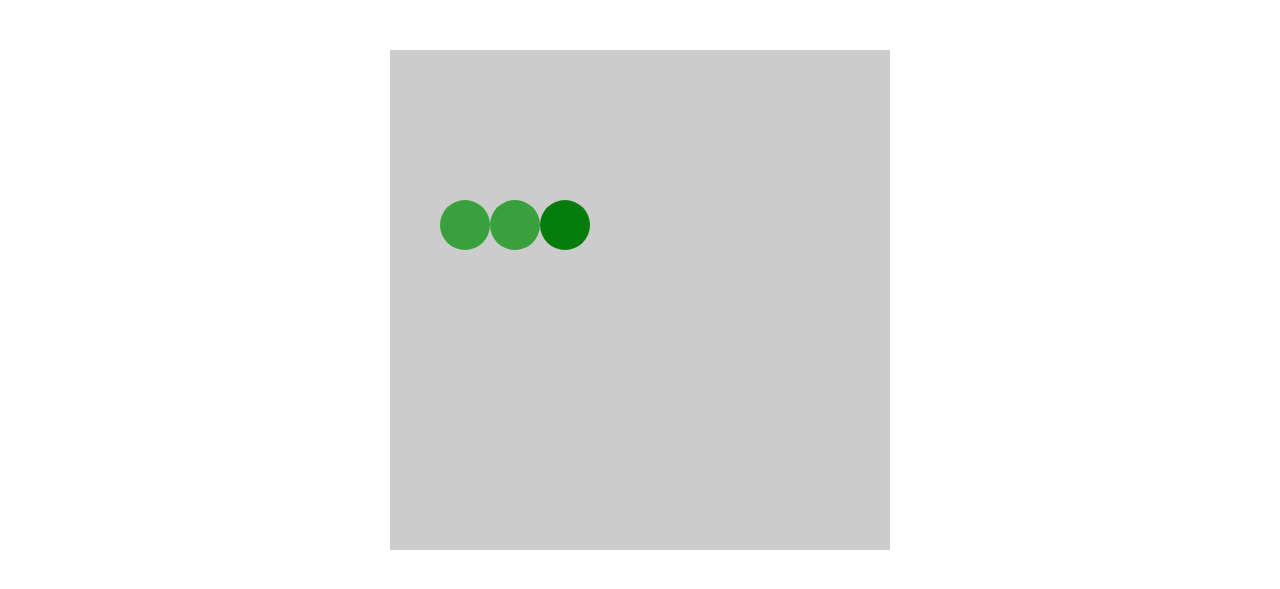
Repository: elvinyeka/SnakeGame
Page: index.html
An editor plug-in stored every save of this project. The page is shown before and after the next save, followed by the edit.
The browser window is 1280 px wide. The pictures show the whole page.

Above is the page before, as saved 2020-11-07 23:21:24.

### index.html
<!DOCTYPE html>
<html lang="en">
<head>
    <meta charset="UTF-8">
    <meta name="viewport" content="width=device-width, initial-scale=1.0">
    <link rel="stylesheet" href="css/style.css">
    <title>Snake Game</title>
</head>
<body>
    <script src="js/snake.js"></script>
</body>
</html>

### css/style.css
* {
    box-sizing: border-box;
}

body {
    margin: 50px;
}

.ground {
    width: 500px;
    height: 500px;
    margin: 0 auto;
    display: flex;
    flex-wrap: wrap;
    background-color: #cccccc;
}

.box{
    width:50px;
    height: 50px;
    padding:5px;
}

.snakeBody {
    background-color: #38a03d;
    background-size: cover;
    border-radius: 50%;
}

.snakeHead {
    background-color: #067c0c;
    background-size: cover;
}

### js/snake.js
var ground = document.createElement('div');
document.body.appendChild(ground);
ground.classList.add('ground');


for(var i=0; i < 101; i++) {
    var box = document.createElement('div');
    ground.appendChild(box);
    box.classList.add('box');

}

var box = document.getElementsByClassName('box');
var x = 1,
    y = 10;

for(var i=0; i< box.length; i++) {
    if(x>10) {
        x = 1;
        y--;
    }
    box[i].setAttribute('posX', x);
    box[i].setAttribute('posY', y);
    x++;
}


function generateSnake() {
    var posX = Math.round(Math.random() * (10 - 3) + 3);
    var posY = Math.round(Math.random() * (10 - 1) + 1);
    return [posX, posY];
}

var coordinates = generateSnake();
var snakeBody  = [document.querySelector('[posX = "' + coordinates[0] + '"][posY = "' + coordinates[1] + '"]'),
document.querySelector('[posX = "' + (coordinates[0] - 1) + '"][posY = "' + coordinates[1] + '"]'),
document.querySelector('[posX = "' + (coordinates[0] - 2) + '"][posY = "' + coordinates[1] + '"]')];

for(var i = 0; i < snakeBody.length; i++) {
    snakeBody[i].classList.add('snakeBody');
}

snakeBody[0].classList.add('snakeHead');

var food;

function createFood() {
    function generateFood() {
        var posX = Math.round(Math.random() * (10 - 3) + 3);
        var posY = Math.round(Math.random() * (10 - 1) + 1);
        return [posX, posY];
    }

    var foodCoordinates = generateFood();
    console.log(foodCoordinates);
    food = document.querySelector('[posX = "' + foodCoordinates[0] + '"][posY = "' + foodCoordinates[1] + '"]');
    food.classList.add('food');
}

createFood();

After the next save:
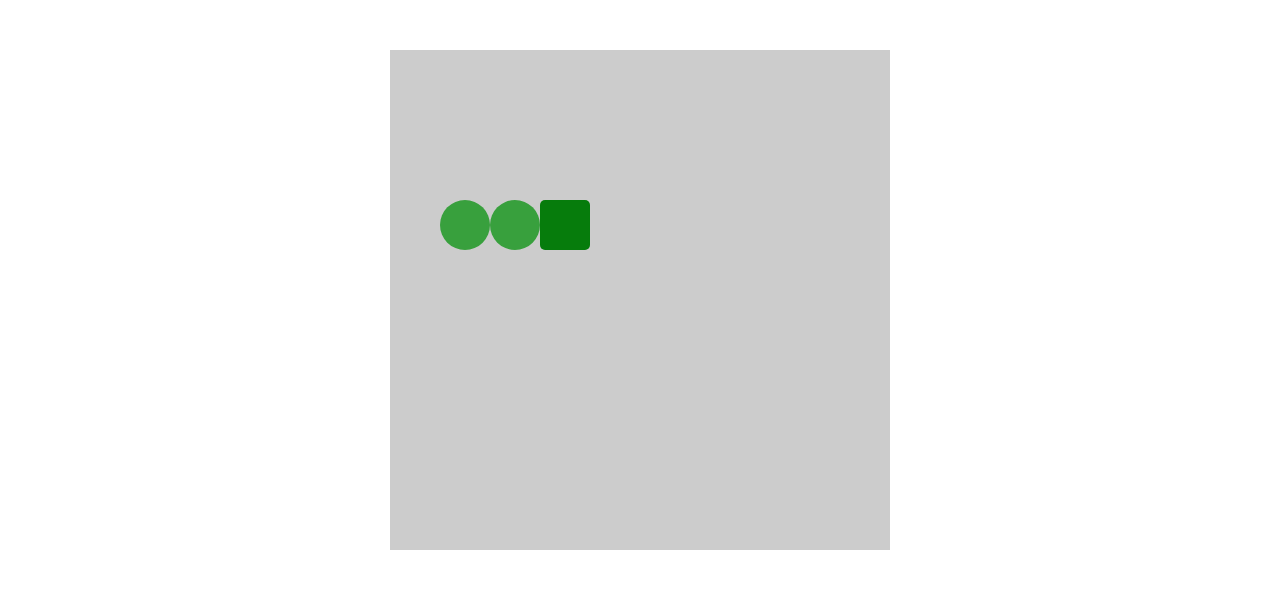
Saved 48 s later.
--- a/css/style.css
+++ b/css/style.css
@@ -30,4 +30,9 @@ body {
 .snakeHead {
     background-color: #067c0c;
     background-size: cover;
+    border-radius: 10%;
 }
+
+.food {
+
+}
